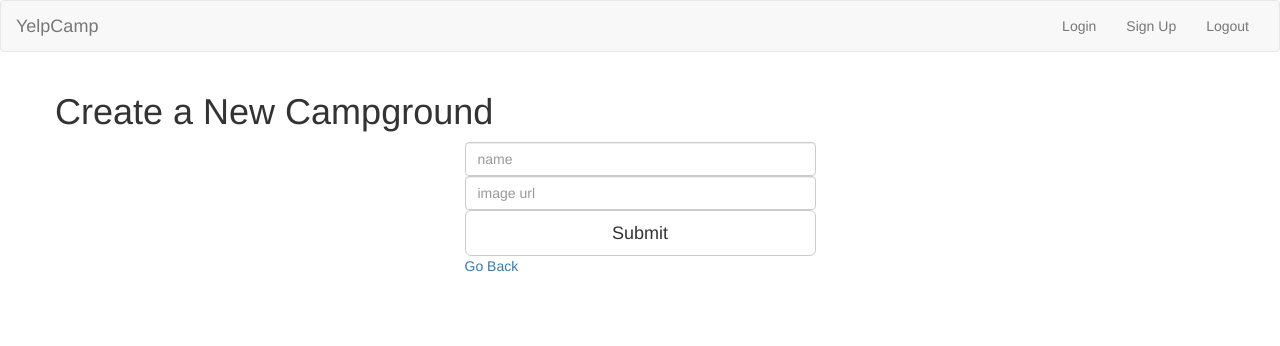
Repository: jersanmd/Learn-Node-JS
Page: http://localhost/campgrounds/new
The author's editor kept a record of every edit. The page is drawn from the files as they stood at one moment, then again after the next edit.
The browser window is 1280 px wide. The pictures show the whole page.
The page is served by the project's Node server (yelpcamp/app.js).

Above is the page before.

After the next edit:
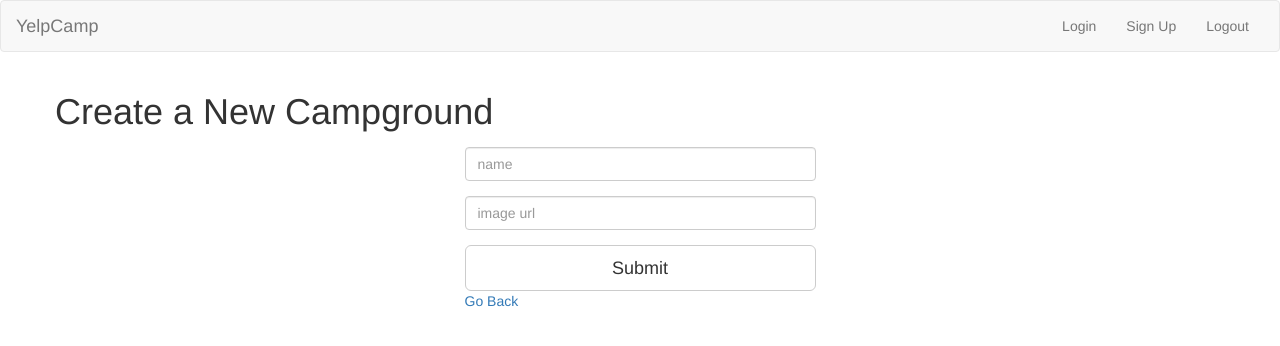
The edit:
--- a/yelpcamp/views/new.ejs
+++ b/yelpcamp/views/new.ejs
@@ -5,8 +5,14 @@
         <h1>Create a New Campground</h1>
         <div style="width: 30%; margin: 0 auto">
             <form action="/campgrounds" method="POST">
+                <div class="form-group">
+                </div>
                 <input class="form-control" type="text" placeholder="name" name="name">
+                <div class="form-group">
+                </div>
                 <input class="form-control" type="text" placeholder="image url" name="image">
+                <div class="form-group">
+                </div>
                 <button class="btn btn-lg btn-default btn-block">Submit</button>
             </form>
 
